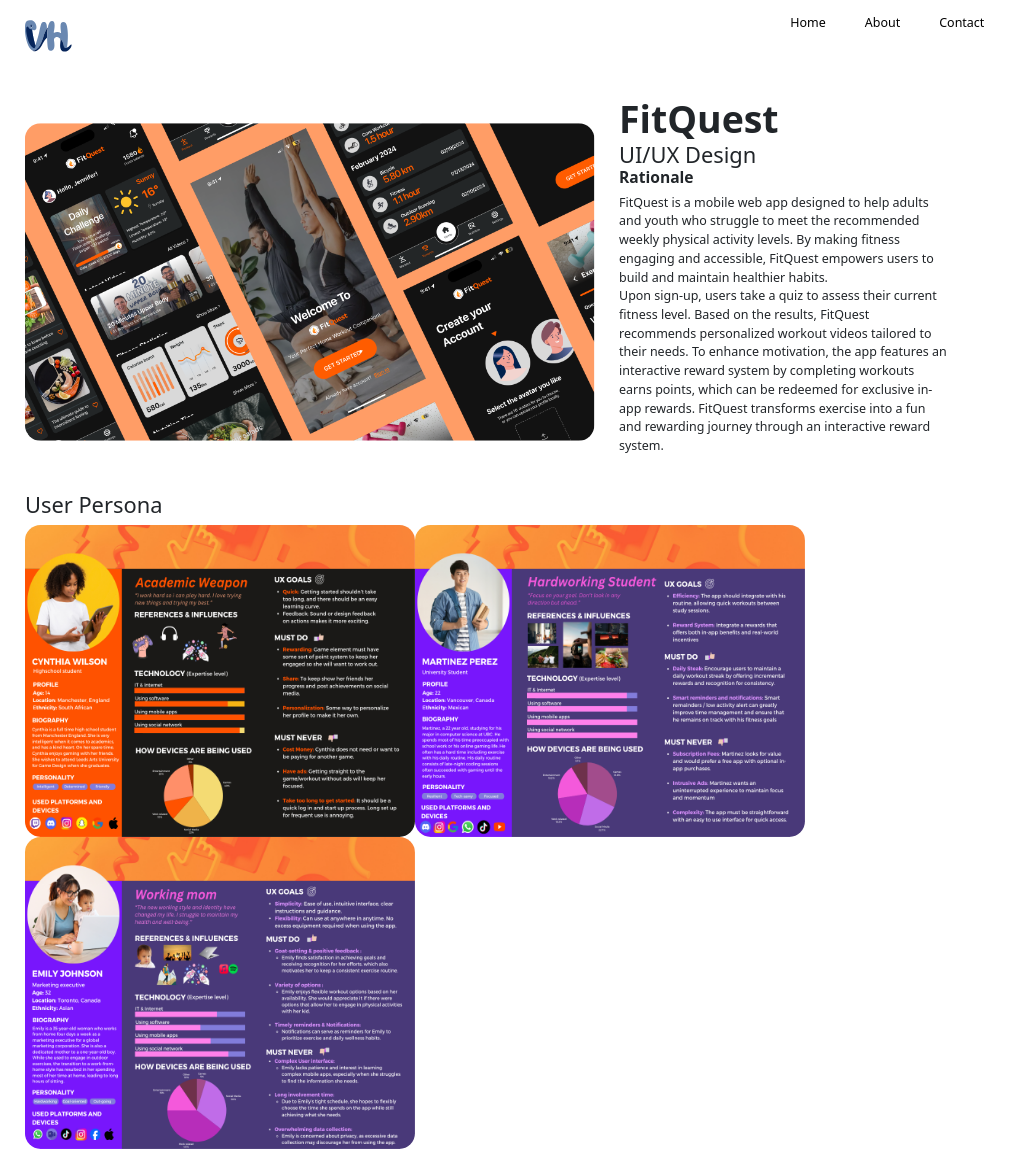
Repository: Vanessahyc/vanessa-portfolio
Page: /fitquest
These files come from the project's save history. The page is drawn as it stood at one moment and after the next save; the edit follows.
The browser window is 1280 px wide. The page is 1312 px wide, so the pictures cover 1312 px, including what lies to the right of the window. The pictures show the whole page, at 78% of full size.
The project was rebuilt for these pictures with package versions that can differ from the ones it lists, and the page was loaded fresh each time. The framework's server and built-in components were replaced by stand-ins that run in the browser. Also part of the build but not shown: next.config.mjs.

Above is the page before, as saved 2025-02-07 17:24:44.

After the next save:
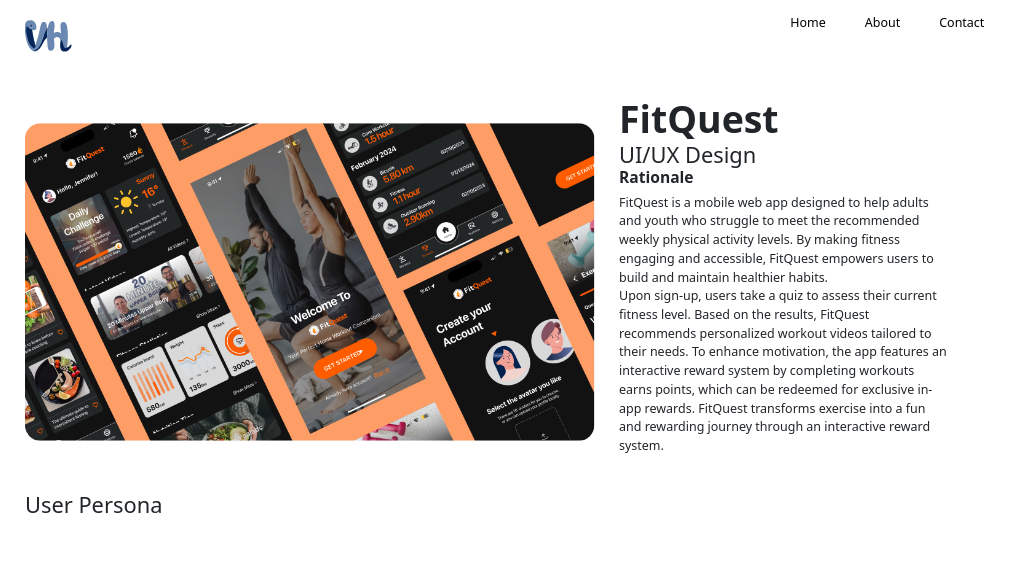
Saved 18 s later.
--- a/src/app/fitquest/page.js
+++ b/src/app/fitquest/page.js
@@ -37,7 +37,7 @@
                 <section className={styles.personaContainer}>
                     <h3>User Persona</h3>
                     <div className='w-full overflow-hidden'>
-                        <Image
+                        {/* <Image
                             src='/images/2.png'
                             alt="youth persona"
                             className={`${styles.persona}`}
@@ -57,7 +57,7 @@
                             className={`${styles.persona}`}
                             width={500}
                             height={400}
-                        />
+                        /> */}
                     </div>
                 </section>
             </main>
